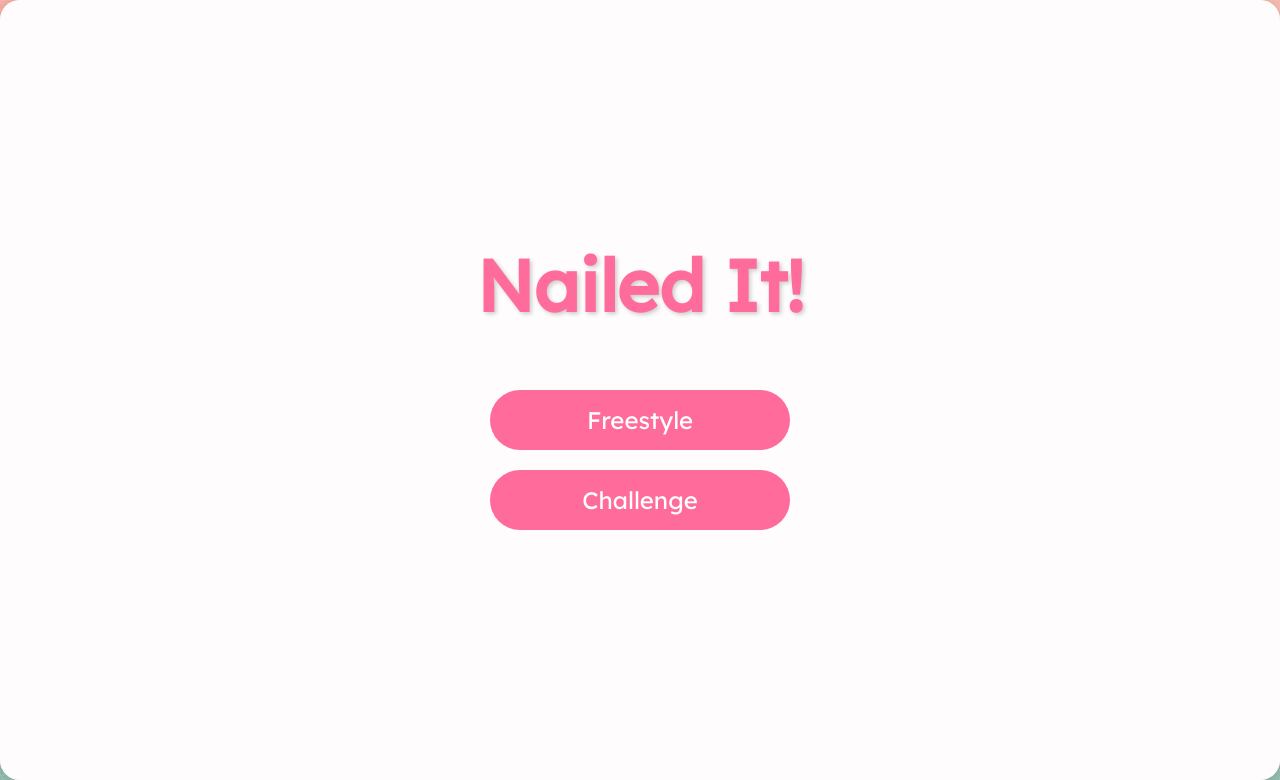
Repository: primcharlin/nailedit
Page: index.html
These files come from the project's save history. The page is drawn as it stood at one moment and after the next save; the edit follows.
The browser window is 1280 px wide. The pictures show the whole page.

Above is the page before, as saved 2025-04-24 21:19:05.

### index.html
<!DOCTYPE html>
<html lang="en">
    <head>
        <meta charset="UTF-8" />
        <meta
            name="viewport"
            content="width=device-width, initial-scale=1.0" />
        <title>Nail Salon Game</title>
        <link
            rel="stylesheet"
            href="styles.css" />
        <link
            href="https://fonts.googleapis.com/css2?family=Lexend&display=swap"
            rel="stylesheet" />
    </head>
    <body>
        <div id="game-container">
            <!-- Main Menu -->
            <div
                id="main-menu"
                class="menu">
                <h1>Nailed It!</h1>
                <button id="freestyle-button">Freestyle</button>
                <button id="challenge-button">Challenge</button>
            </div>

            <div
                id="character-selection"
                class="menu"
                style="display: none">
                <h1>Choose Your Character</h1>
                <div class="character-grid">
                    <div
                        class="character-option"
                        data-character="1">
                        <img
                            src="images/character1.png"
                            alt="Character 1" />
                        <p>Emma</p>
                    </div>
                    <div
                        class="character-option"
                        data-character="2">
                        <img
                            src="images/character2.png"
                            alt="Character 2" />
                        <p>Sophia</p>
                    </div>
                    <div
                        class="character-option"
                        data-character="3">
                        <img
                            src="images/character3.png"
                            alt="Character 3" />
                        <p>Olivia</p>
                    </div>
                </div>
                <button id="back-to-mode">Back</button>
            </div>

            <!-- Game Area -->
            <div
                id="game-area"
                class="game-area"
                style="display: none">
                <!-- Tools Panel will be created dynamically -->
                <div id="tools-panel"></div>

                <div id="hand">
                    <div
                        class="nail"
                        id="nail-1"></div>
                    <div
                        class="nail"
                        id="nail-2"></div>
                    <div
                        class="nail"
                        id="nail-3"></div>
                    <div
                        class="nail"
                        id="nail-4"></div>
                    <div
                        class="nail"
                        id="nail-5"></div>
                </div>

                <!-- Challenge Mode UI -->
                <div id="challenge-ui">
                    <h2>Reference Design</h2>
                    <div id="reference-image">
                        <div
                            class="reference-nail"
                            id="ref-nail-1"></div>
                        <div
                            class="reference-nail"
                            id="ref-nail-2"></div>
                        <div
                            class="reference-nail"
                            id="ref-nail-3"></div>
                        <div
                            class="reference-nail"
                            id="ref-nail-4"></div>
                        <div
                            class="reference-nail"
                            id="ref-nail-5"></div>
                    </div>
                    <div id="timer">60</div>
                </div>

                <!-- Controls -->
                <div id="controls">
                    <button
                        class="control-button"
                        id="reset-button">
                        Reset
                    </button>
                    <button
                        class="control-button"
                        id="back-button">
                        Main Menu
                    </button>
                    <button
                        class="control-button"
                        id="done-button">
                        Done
                    </button>
                </div>
            </div>

            <!-- Result Modal -->
            <div id="result-modal">
                <h2 id="result-title">Challenge Complete!</h2>
                <p id="result-message">You scored 85% match. Great job!</p>
                <div id="result-buttons">
                    <button
                        class="control-button"
                        id="try-again-button">
                        Try Again
                    </button>
                    <button
                        class="control-button"
                        id="menu-button">
                        Main Menu
                    </button>
                </div>
            </div>
        </div>

        <script src="script.js"></script>
    </body>
</html>

### styles.css
* {
    margin: 0;
    padding: 0;
    box-sizing: border-box;
    font-family: "Lexend", sans-serif;
}

body {
    background-image: url("img/background.png");
    display: flex;
    justify-content: center;
    align-items: center;
    min-height: 100vh;
    overflow: hidden;
}

h1 {
    font-family: "Lexend", sans-serif;
}

#game-container {
    width: 1300px;
    height: 780px;
    position: relative;
    background-color: #fff6f9;
    background-size: cover;
    background-position: center;
    box-shadow: 0 0 20px rgba(0, 0, 0, 0.2);
    overflow: hidden;
    border-radius: 20px;
}

/* Main Menu */
#main-menu {
    position: absolute;
    width: 100%;
    height: 100%;
    display: flex;
    flex-direction: column;
    justify-content: center;
    align-items: center;
    background-color: rgba(255, 255, 255, 0.7);
    z-index: 100;
}

#main-menu h1 {
    font-size: 72px;
    color: #ff6b9a;
    margin-bottom: 50px;
    text-shadow: 2px 2px 4px rgba(0, 0, 0, 0.2);
}

#main-menu button {
    background-color: #ff6b9a;
    color: white;
    border: none;
    padding: 15px 30px;
    margin: 10px;
    font-size: 24px;
    border-radius: 30px;
    cursor: pointer;
    transition: all 0.3s ease;
    width: 300px;
}

#main-menu button:hover {
    background-color: #ff4d85;
    transform: scale(1.05);
}

/* Character Selection */
#character-selection {
    position: absolute;
    width: 100%;
    height: 100%;
    display: flex;
    flex-direction: column;
    justify-content: center;
    align-items: center;
    background-color: rgba(255, 234, 240, 0.8);
    z-index: 100;
}

#character-selection h1 {
    font-size: 48px;
    color: #ff6b9a;
    margin-bottom: 30px;
    text-shadow: 2px 2px 4px rgba(0, 0, 0, 0.2);
}

/* Game Area */
#game-area {
    display: none;
    width: 100%;
    height: 100%;
    position: relative;
}

/* Horizontal Tools Panel */
.horizontal-tools-panel {
    position: absolute;
    top: 20px;
    left: 50%;
    transform: translateX(-50%);
    width: 90%;
    background-color: white;
    border-radius: 20px;
    padding: 15px;
    box-shadow: 0 0 15px rgba(0, 0, 0, 0.1);
    z-index: 10;
}

.category-bar {
    display: flex;
    justify-content: space-between;
    align-items: center;
}

.category-button {
    display: flex;
    flex-direction: column;
    align-items: center;
    padding: 10px;
    border-radius: 10px;
    cursor: pointer;
    transition: all 0.2s ease;
}

.category-button:hover {
    background-color: #ffdee7;
}

.category-button.active {
    background-color: #ffb8cb;
}

.category-icon {
    margin-bottom: 5px;
}

.category-name {
    font-size: 14px;
    text-align: center;
}

.options-container {
    display: none;
    margin-top: 15px;
    padding-top: 15px;
    border-top: 1px solid #eee;
    justify-content: space-between;
}

.option-item {
    width: 60px;
    height: 60px;
    display: flex;
    align-items: center;
    justify-content: center;
    border-radius: 10px;
    cursor: pointer;
    transition: all 0.2s ease;
    margin: 0 5px;
}

.option-item:hover {
    transform: scale(1.1);
}

.option-item.selected {
    border: 3px solid #ff6b9a;
}

.color-preview {
    width: 45px;
    height: 45px;
    border-radius: 50%;
}

.deco-preview {
    width: 45px;
    height: 45px;
    background-size: contain;
    background-repeat: no-repeat;
    background-position: center;
}

/* Hand area */
#hand {
    position: absolute;
    bottom: 60px;
    left: 50%;
    transform: translateX(-50%);
    width: 600px;
    height: 300px;
    background-color: #ffebe7;
    border-radius: 200px 200px 0 0;
}

.nail {
    position: absolute;
    width: 60px;
    height: 90px;
    background-color: #ffdee7;
    border-radius: 30px 30px 0 0;
    cursor: pointer;
    z-index: 5;
    transition: all 0.2s ease;
}

.nail:hover {
    transform: translateY(-5px);
}

#nail-1 {
    bottom: 50px;
    left: 120px;
    transform: rotate(-15deg);
}
#nail-2 {
    bottom: 70px;
    left: 210px;
    transform: rotate(-7deg);
}
#nail-3 {
    bottom: 80px;
    left: 300px;
}
#nail-4 {
    bottom: 70px;
    left: 390px;
    transform: rotate(7deg);
}
#nail-5 {
    bottom: 50px;
    left: 480px;
    transform: rotate(15deg);
}

/* Decoration classes */
.glitter-gold {
    background-image: radial-gradient(circle, #ffdc73 10%, transparent 10%),
        radial-gradient(circle, #ffdc73 10%, transparent 10%);
    background-color: gold;
    background-size: 10px 10px;
    background-position: 0 0, 5px 5px;
}
.glitter-silver {
    background-image: radial-gradient(circle, #ffffff 10%, transparent 10%),
        radial-gradient(circle, #ffffff 10%, transparent 10%);
    background-color: silver;
    background-size: 10px 10px;
    background-position: 0 0, 5px 5px;
}
.glitter-rainbow {
    background-image: linear-gradient(
        45deg,
        red,
        orange,
        yellow,
        green,
        blue,
        indigo,
        violet
    );
}
.glitter-blue {
    background-image: radial-gradient(circle, #ffffff 10%, transparent 10%),
        radial-gradient(circle, #ffffff 10%, transparent 10%);
    background-color: #00ffff;
    background-size: 10px 10px;
    background-position: 0 0, 5px 5px;
}
.glitter-pink {
    background-image: radial-gradient(circle, #ffffff 10%, transparent 10%),
        radial-gradient(circle, #ffffff 10%, transparent 10%);
    background-color: #ff69b4;
    background-size: 10px 10px;
    background-position: 0 0, 5px 5px;
}

.pattern-stripes {
    background-image: repeating-linear-gradient(
        45deg,
        transparent,
        transparent 10px,
        #ff6b9a 10px,
        #ff6b9a 20px
    );
}
.pattern-dots {
    background-image: radial-gradient(circle, #ff6b9a 20%, transparent 20%),
        radial-gradient(circle, #ff6b9a 20%, transparent 20%);
    background-size: 20px 20px;
    background-position: 0 0, 10px 10px;
}
.pattern-zigzag {
    background-image: linear-gradient(135deg, #ff6b9a 25%, transparent 25%) 0 0,
        linear-gradient(225deg, #ff6b9a 25%, transparent 25%) 0 0,
        linear-gradient(315deg, #ff6b9a 25%, transparent 25%) 0 0,
        linear-gradient(45deg, #ff6b9a 25%, transparent 25%) 0 0;
    background-size: 20px 20px;
}
.pattern-leopard {
    background-image: radial-gradient(
        ellipse,
        #000000 0%,
        #000000 30%,
        transparent 30%
    );
    background-size: 30px 30px;
    background-repeat: repeat;
}
.pattern-marble {
    background-image: linear-gradient(
            to right,
            rgba(255, 255, 255, 0.1),
            rgba(255, 255, 255, 0.5)
        ),
        linear-gradient(120deg, rgba(0, 0, 0, 0.1), rgba(0, 0, 0, 0.3));
}

.sticker-heart:after {
    content: "❤";
    font-size: 40px;
    color: red;
    display: flex;
    justify-content: center;
    align-items: center;
    height: 100%;
}
.sticker-star:after {
    content: "★";
    font-size: 40px;
    color: gold;
    display: flex;
    justify-content: center;
    align-items: center;
    height: 100%;
}
.sticker-flower:after {
    content: "✿";
    font-size: 40px;
    color: #ff6b9a;
    display: flex;
    justify-content: center;
    align-items: center;
    height: 100%;
}
.sticker-butterfly:after {
    content: "🦋";
    font-size: 40px;
    display: flex;
    justify-content: center;
    align-items: center;
    height: 100%;
}
.sticker-diamond:after {
    content: "💎";
    font-size: 40px;
    display: flex;
    justify-content: center;
    align-items: center;
    height: 100%;
}

.gem-round:after {
    content: "";
    position: absolute;
    top: 50%;
    left: 50%;
    transform: translate(-50%, -50%);
    width: 20px;
    height: 20px;
    background-color: #00ffff;
    border-radius: 50%;
    box-shadow: 0 0 5px #00ffff, 0 0 10px #00ffff;
}
.gem-square:after {
    content: "";
    position: absolute;
    top: 50%;
    left: 50%;
    transform: translate(-50%, -50%);
    width: 20px;
    height: 20px;
    background-color: #ff00ff;
    box-shadow: 0 0 5px #ff00ff, 0 0 10px #ff00ff;
}
.gem-teardrop:after {
    content: "";
    position: absolute;
    top: 50%;
    left: 50%;
    transform: translate(-50%, -50%) rotate(45deg);
    width: 15px;
    height: 25px;
    background-color: #4169e1;
    border-radius: 50% 50% 50% 0;
    box-shadow: 0 0 5px #4169e1, 0 0 10px #4169e1;
}
.gem-heart:after {
    content: "❤";
    font-size: 25px;
    color: #ff0000;
    display: flex;
    justify-content: center;
    align-items: center;
    height: 100%;
    text-shadow: 0 0 5px #ff0000, 0 0 10px #ff0000;
}
.gem-star:after {
    content: "★";
    font-size: 25px;
    color: #ffd700;
    display: flex;
    justify-content: center;
    align-items: center;
    height: 100%;
    text-shadow: 0 0 5px #ffd700, 0 0 10px #ffd700;
}

/* Challenge Mode UI */
#challenge-ui {
    display: none;
    position: absolute;
    top: 100px;
    right: 20px;
    width: 200px;
    background-color: white;
    border-radius: 20px;
    padding: 20px;
    box-shadow: 0 0 15px rgba(0, 0, 0, 0.1);
}

#reference-image {
    width: 100%;
    height: 150px;
    background-color: #ffdee7;
    margin-bottom: 20px;
    border: 1px solid #ddd;
    border-radius: 10px;
    display: flex;
    justify-content: center;
    align-items: center;
}

#timer {
    font-size: 32px;
    text-align: center;
    margin-bottom: 20px;
    color: #ff6b9a;
}

/* UI Controls */
#controls {
    position: absolute;
    bottom: 20px;
    left: 50%;
    transform: translateX(-50%);
    display: flex;
    gap: 20px;
}

.control-button {
    background-color: #ff6b9a;
    color: white;
    border: none;
    padding: 10px 20px;
    font-size: 18px;
    border-radius: 20px;
    cursor: pointer;
    transition: all 0.3s ease;
}

.control-button:hover {
    background-color: #ff4d85;
}

/* Modal for results */
#result-modal {
    display: none;
    position: absolute;
    top: 50%;
    left: 50%;
    transform: translate(-50%, -50%);
    width: 400px;
    background-color: white;
    border-radius: 20px;
    padding: 30px;
    box-shadow: 0 0 30px rgba(0, 0, 0, 0.3);
    text-align: center;
    z-index: 200;
}

#result-title {
    font-size: 36px;
    margin-bottom: 20px;
    color: #ff6b9a;
}

#result-message {
    font-size: 20px;
    margin-bottom: 30px;
}

#result-buttons {
    display: flex;
    justify-content: center;
    gap: 20px;
}

/* Reference nails for challenge mode */
.reference-nail {
    width: 25px;
    height: 40px;
    background-color: #ffdee7;
    border-radius: 15px 15px 0 0;
    display: inline-block;
    margin: 0 3px;
}

.character-grid {
    display: grid;
    grid-template-columns: repeat(3, 1fr);
    gap: 20px;
    margin: 20px 0;
}

.character-option {
    display: flex;
    flex-direction: column;
    align-items: center;
    padding: 15px;
    border: 2px solid #ff6b9a;
    border-radius: 10px;
    cursor: pointer;
    transition: transform 0.2s, box-shadow 0.2s;
}

.character-option:hover {
    transform: scale(1.05);
    box-shadow: 0 0 15px rgba(255, 107, 154, 0.3);
}

.character-option img {
    width: 120px;
    height: 120px;
    object-fit: cover;
    border-radius: 50%;
    margin-bottom: 10px;
}

.character-option p {
    margin: 0;
    font-size: 1.2em;
    color: #333;
}

#back-to-mode {
    margin-top: 20px;
    padding: 10px 20px;
    background-color: #ff6b9a;
    color: white;
    border: none;
    border-radius: 5px;
    cursor: pointer;
    font-size: 1em;
    transition: background-color 0.2s;
}

#back-to-mode:hover {
    background-color: #ff4d8a;
}

Loaded but not shown: script.js (695 lines, source omitted)

After the next save:
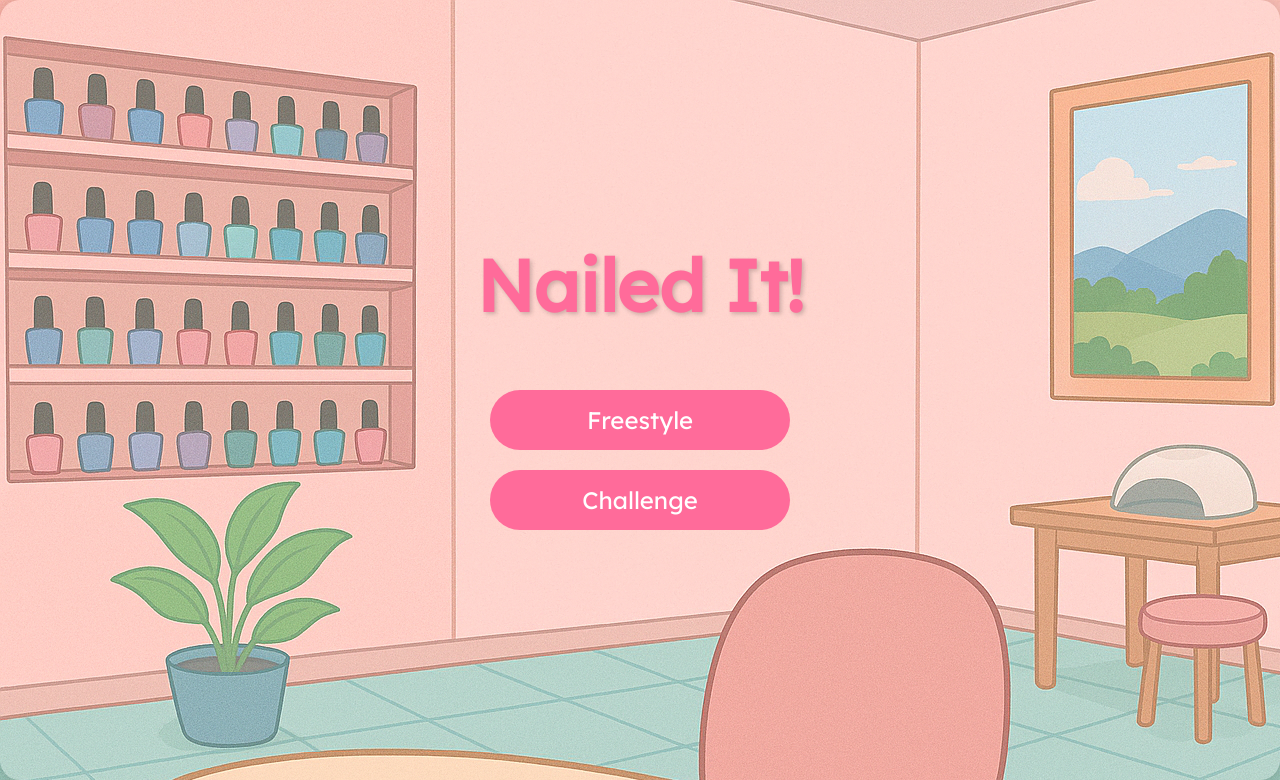
Saved 90 s later.
--- a/styles.css
+++ b/styles.css
@@ -22,9 +22,7 @@
     width: 1300px;
     height: 780px;
     position: relative;
-    background-color: #fff6f9;
-    background-size: cover;
-    background-position: center;
+    background-color: transparent;
     box-shadow: 0 0 20px rgba(0, 0, 0, 0.2);
     overflow: hidden;
     border-radius: 20px;
@@ -39,7 +37,7 @@
     flex-direction: column;
     justify-content: center;
     align-items: center;
-    background-color: rgba(255, 255, 255, 0.7);
+    background-color: rgba(255, 255, 255, 0.3);
     z-index: 100;
 }
 
@@ -77,7 +75,7 @@
     flex-direction: column;
     justify-content: center;
     align-items: center;
-    background-color: rgba(255, 234, 240, 0.8);
+    background-color: rgba(255, 255, 255, 0.3);
     z-index: 100;
 }
 

After the save that followed:
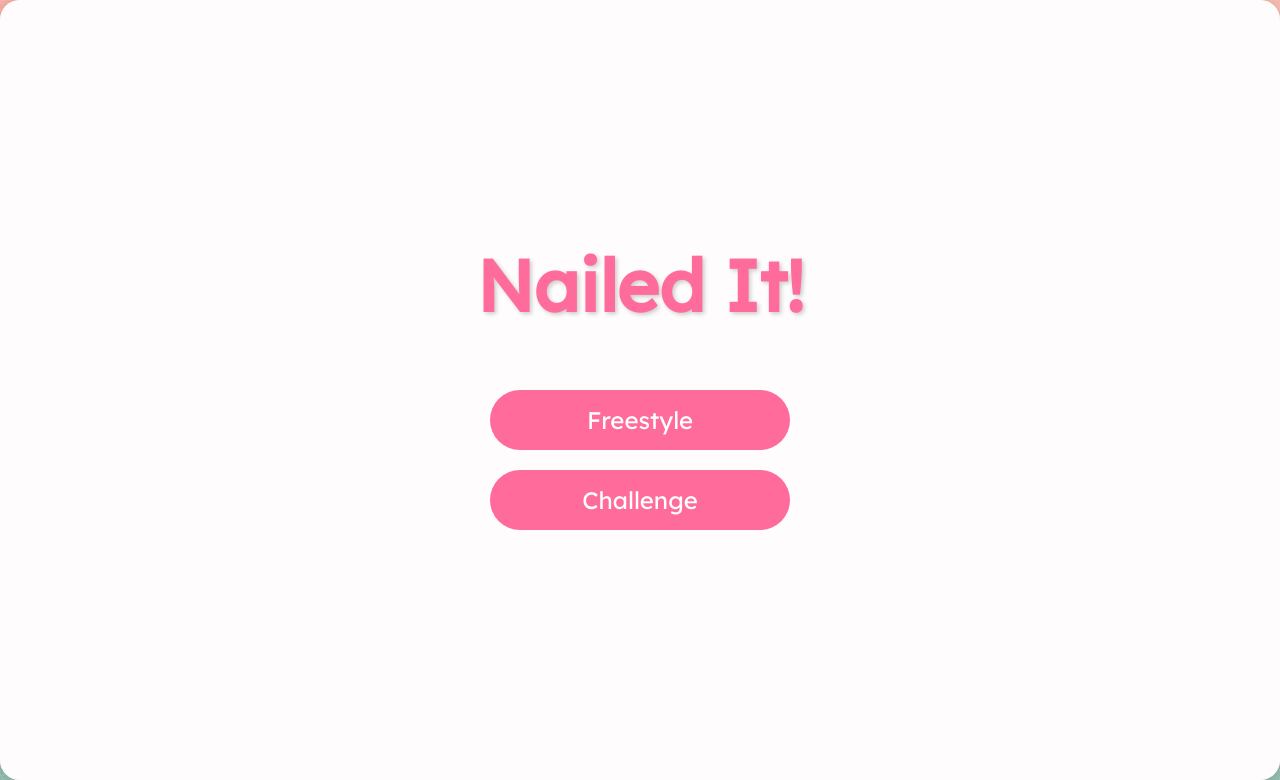
Saved 15 s later.
--- a/styles.css
+++ b/styles.css
@@ -22,7 +22,9 @@
     width: 1300px;
     height: 780px;
     position: relative;
-    background-color: transparent;
+    background-color: #fff6f9;
+    background-size: cover;
+    background-position: center;
     box-shadow: 0 0 20px rgba(0, 0, 0, 0.2);
     overflow: hidden;
     border-radius: 20px;
@@ -37,7 +39,7 @@
     flex-direction: column;
     justify-content: center;
     align-items: center;
-    background-color: rgba(255, 255, 255, 0.3);
+    background-color: rgba(255, 255, 255, 0.7);
     z-index: 100;
 }
 
